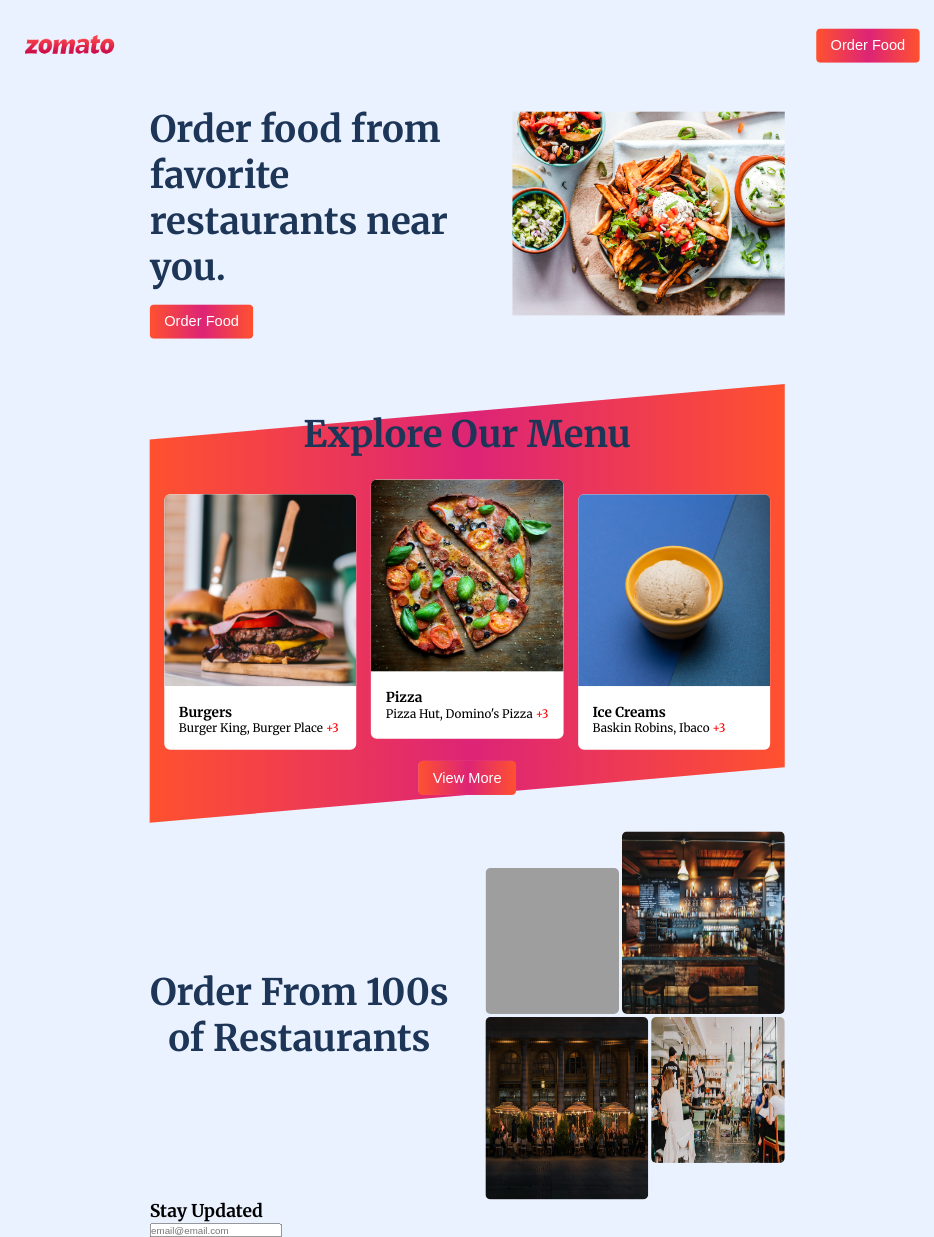
Repository: srush-shah/LandingPage-Project-ShapeAI
Page: index.html
The author's editor kept a copy of each file at every save. The page is drawn from the files as they stood at one save, then again after a run of saves.
The browser window is 1280 px wide. The pictures show the whole page, at 73% of full size.
Pictures or frames that could not be fetched are drawn as grey boxes.

Above is the page before, as saved 2021-09-21 03:48:43.

After the next 10 saves:
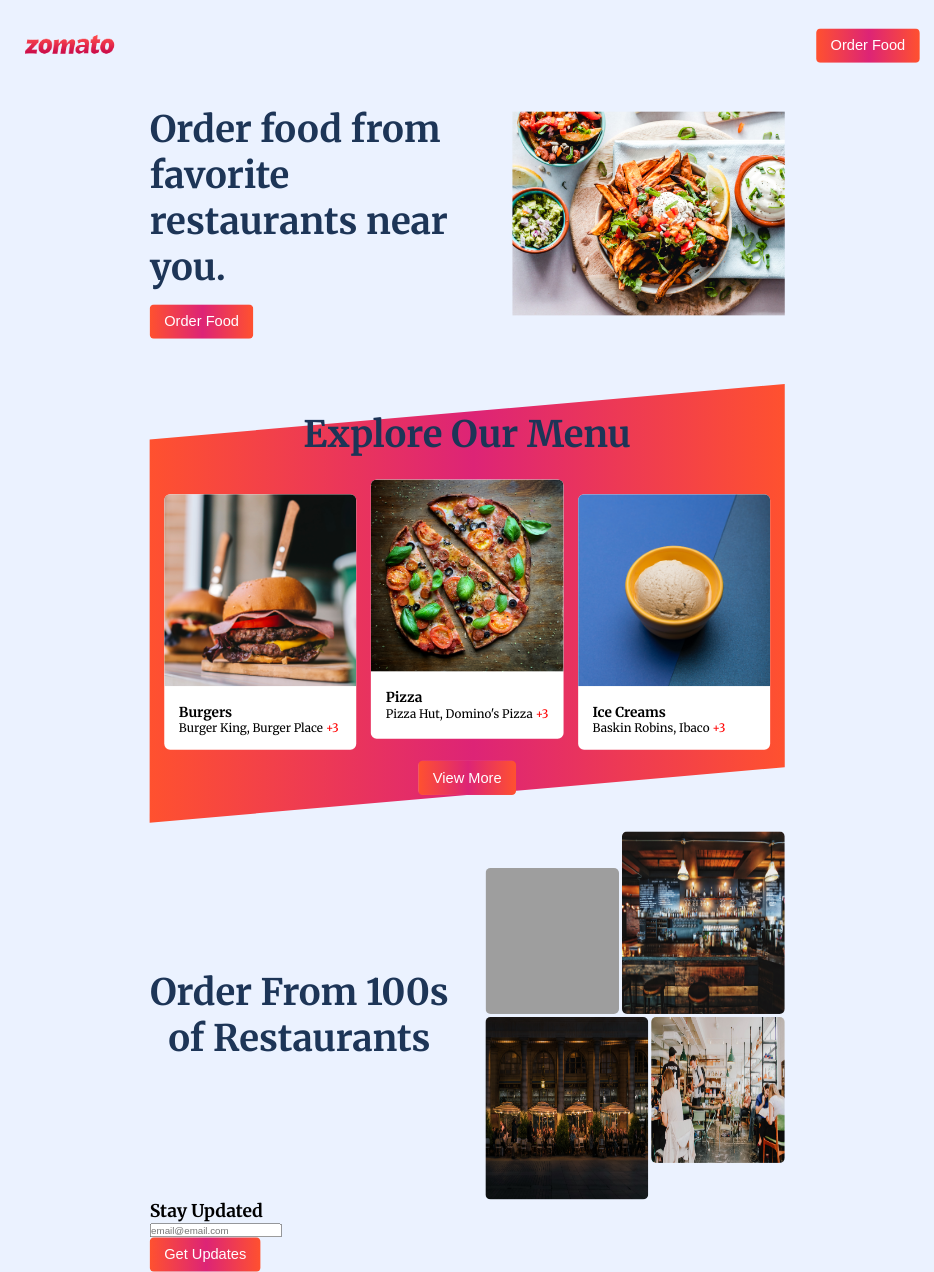
The 10 saves are shown as one change because they came seconds apart.
The last was saved 23 s later.
--- a/index.html
+++ b/index.html
@@ -134,7 +134,7 @@
               />
             </form>
           </div>
-
+          <button class="button-primary">Get Updates</button>
         </div>
       </section>
     </main>
